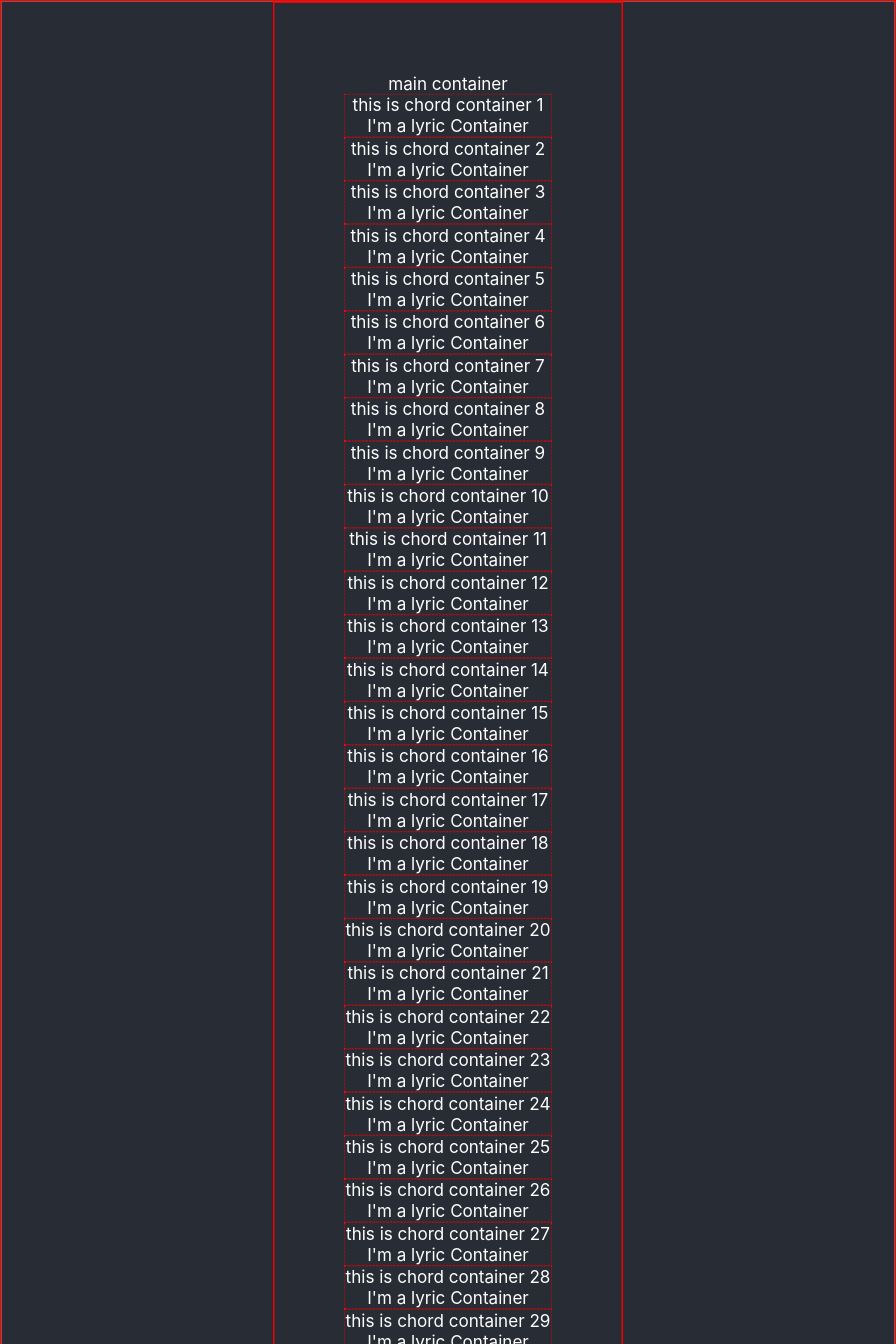
Repository: mattnoth/easy-nash-tab
Page: /
An editor plug-in stored every save of this project. The page is shown before and after the next save, followed by the edit.
The browser window is 1280 px wide. The pictures show the part of the page from y = 0 to 1920 px (the page is 2966 px tall before and 4206 px after), at 70% of full size.
The project was rebuilt for these pictures with package versions that can differ from the ones it lists, and the page was loaded fresh each time.

Above is the page before, as saved 2022-08-06 17:22:35.

After the next save:
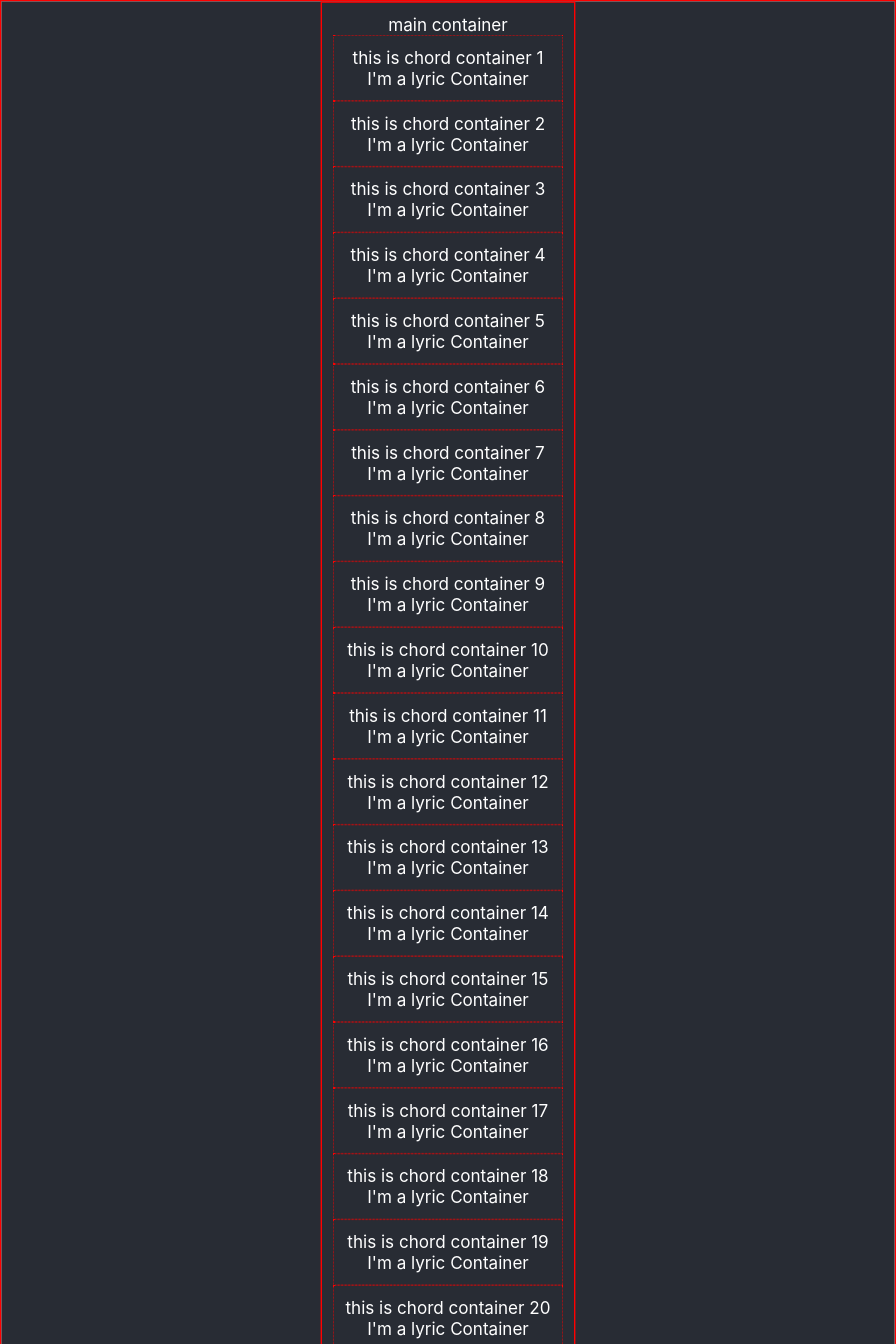
Saved 35 s later.
--- a/src/components/MainContainers/mainContainerStyles.css
+++ b/src/components/MainContainers/mainContainerStyles.css
@@ -1,5 +1,5 @@
 .mainContainer {
-    padding: 100px;
+    padding: 1rem;
     display: flex;
     flex-direction: column;
     border: 2px solid red;
@@ -7,4 +7,5 @@
 
 .oneLine {
     border: 1px dotted red;
+    padding: 1rem;
 }
